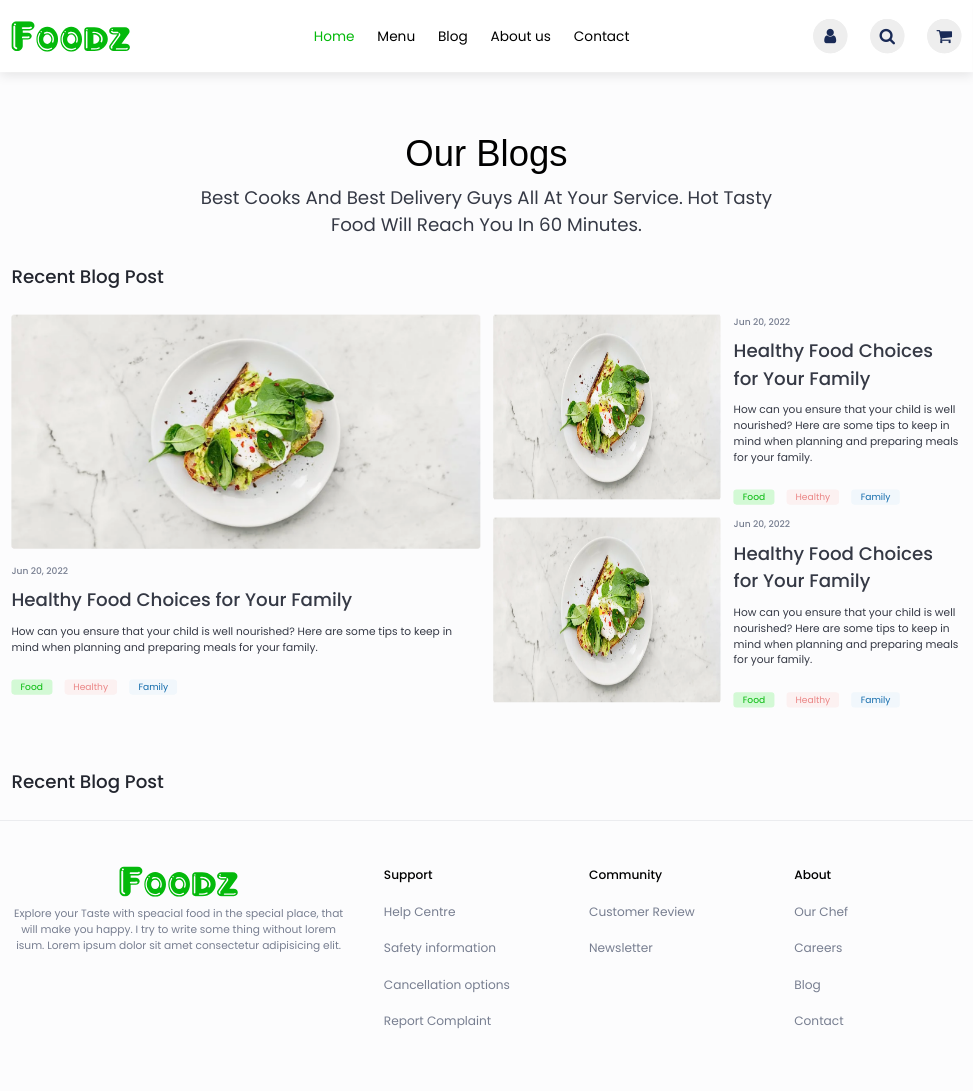
Repository: Toan3333/fooz
Page: assets/pages/blog.html
The author's editor kept a copy of each file at every save. The page is drawn from the files as they stood at one save, then again after the next save.
The browser window is 1280 px wide. The pictures show the whole page, at 76% of full size.
Some web fonts or font styles are not loaded; a fallback is used.

Above is the page before, as saved 2023-06-01 13:51:21.

After the next save:
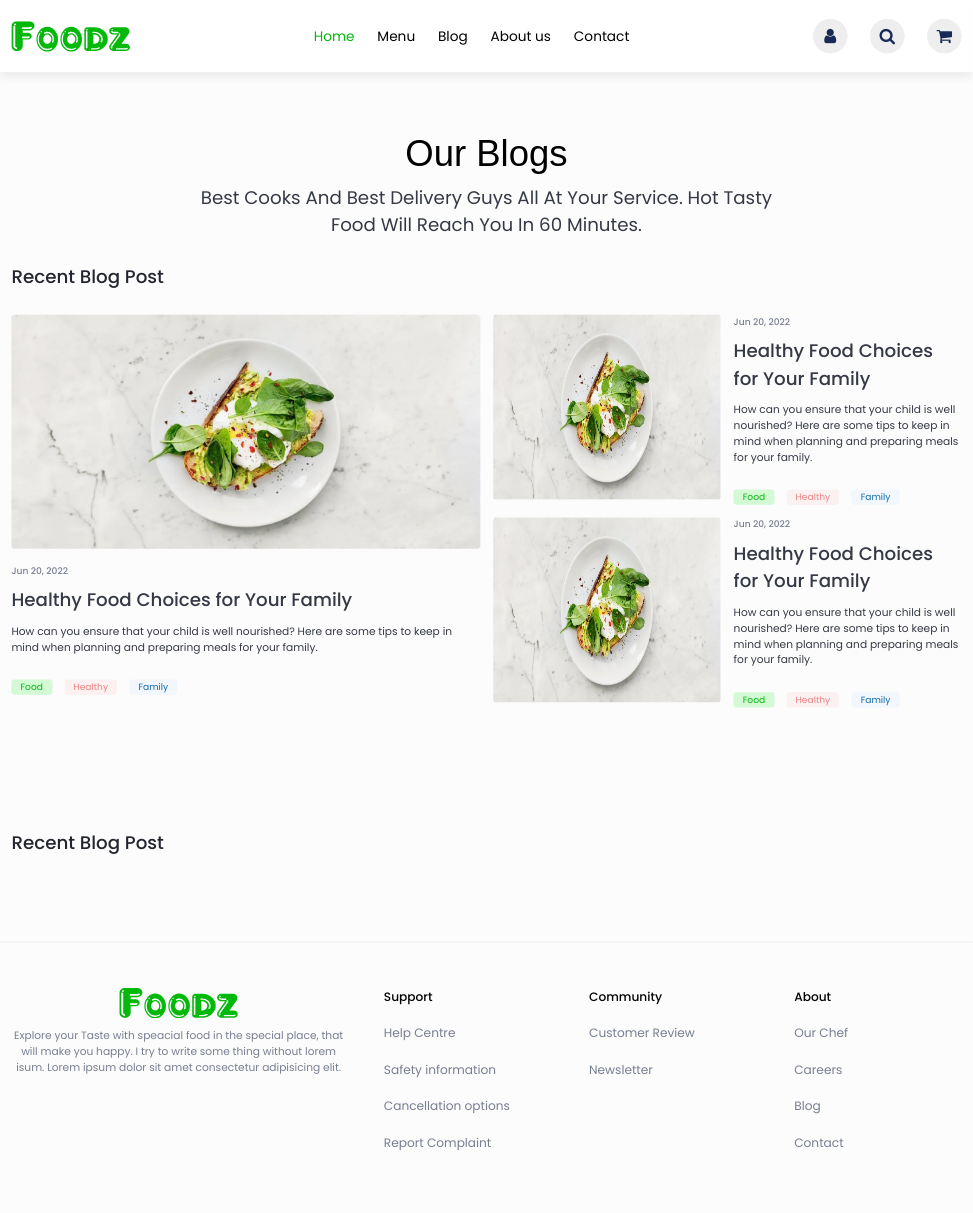
Saved 10 s later.
--- a/assets/css/style.css
+++ b/assets/css/style.css
@@ -842,6 +842,9 @@ body {
 .our-blog__images {
   height: 243px;
 }
+.all-blog {
+  padding: 80px 0;
+}
 .footer {
   padding-bottom: 80px;
   border-top: 1px solid #e6e8ec;
